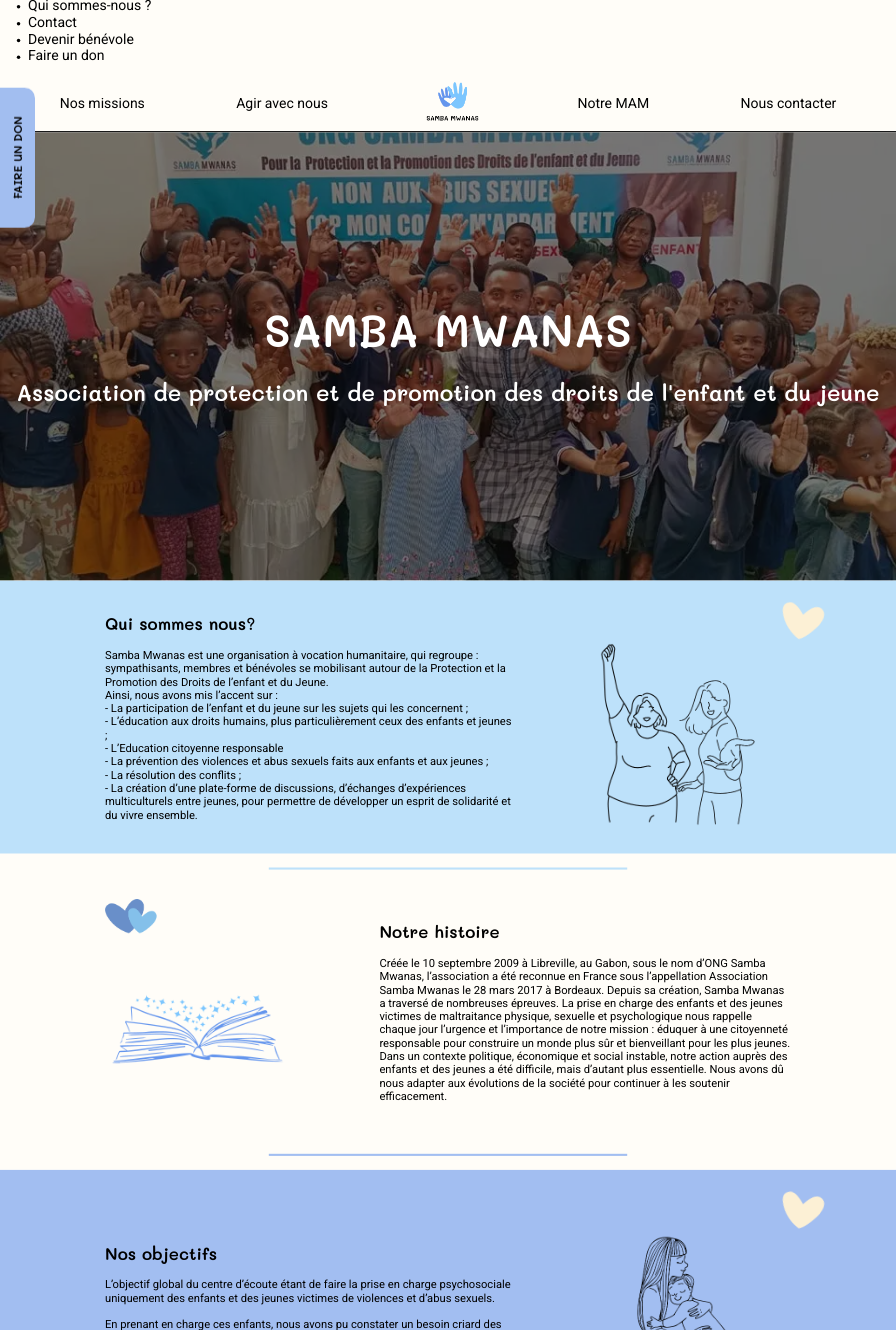
Repository: Danie-lDasilva/Samba-Mwanas
Page: index.html
An editor plug-in stored every save of this project. The page is shown before and after the next save, followed by the edit.
The browser window is 1280 px wide. The pictures show the part of the page from y = 325 to 2225 px (the page is 3750 px tall), at 70% of full size.
A picture or video elsewhere on the page could not be fetched, so the positions and the page height are approximate.

Above is the page before, as saved 2025-03-07 13:29:29.

### index.html
<!DOCTYPE html>
<html lang="fr">
<head>
    <meta charset="UTF-8">
    <meta name="viewport" content="width=device-width, initial-scale=1.0">
    <title>Accueil Samba Mwanas</title>

    <link rel="preconnect" href="https://fonts.googleapis.com">
    <link rel="preconnect" href="https://fonts.gstatic.com" crossorigin>
    <link href="https://fonts.googleapis.com/css2?family=Mali:wght@600&family=Roboto:ital,wdth@0,75;1,75&display=swap" rel="stylesheet">

    <link rel="stylesheet" href="assets/css/style.css">
</head>
<body>
    <div class="overlay--burger trigger"></div>
    <div class="menuBurger">
      <div class="menuBurger__img"><a href="index.html"><img src="./assets/Img/Logo_Variable.png" alt="logo"></a></div>
      <ul>
        <li><a href="propos.html">Qui sommes-nous ?</a></li>
        <li><a href="contact.html">Contact</a></li>
        <li><a href="benevole.html">Devenir bénévole</a></li>
        <li><a href="don.html">Faire un don</a></li>
      </ul>
    </div>

    <header>
        <nav>
            <ul>
                <li>
                    <a href="Nos missions.html">Nos missions</a>
                </li>
                <li>
                    <a href="Agir avec nous.html">Agir avec nous</a>
                </li>
                <li class="Logo">
                    <a href="index.html">
                        <img src="assets/img/Fichier 2.png" alt="Logo Samba Mwanas, retour à l'accueil">
                    </a>
                </li>
                <li>
                    <a href="Notre MAM.html">Notre MAM</a>
                </li>
                <li>
                    <a href="Nous contacter.html">Nous contacter</a>
                </li>
            </ul>
        </nav>
    </header>

    <main>
        <div class="Landing">
            <picture>
                <source srcset="assets/img/438086985_481067970943014_8371549183684250909_n.webp" type="image/webp">
                <source srcset="assets/img/438086985_481067970943014_8371549183684250909_n.jpg" type="image/jpeg">
                <img src="assets/img/438086985_481067970943014_8371549183684250909_n.jpg" alt="Photo évènementiel de Samba Mwanas, enfants qui tendent la main">
            </picture>
            <h1 class="Samba">
                SAMBA MWANAS <br>
                <span>Association de protection et de promotion des droits de l'enfant et du jeune</span>
            </h1>
        </div>

        <section class="Infos">
            <article class="Art1">
                <div class="Texte">
                    <h2>
                        Qui sommes nous?
                    </h2>

                    <p>
                        Samba Mwanas est une organisation à vocation humanitaire, qui regroupe : sympathisants, membres et bénévoles se mobilisant autour de la Protection et la Promotion des Droits de l’enfant et du Jeune. <br>

                        Ainsi, nous avons mis l’accent sur : <br>
                        - La participation de l’enfant et du jeune sur les sujets qui les concernent ; <br>
                        - L’éducation aux droits humains, plus particulièrement ceux des enfants et jeunes ; <br>
                        - L’Education citoyenne responsable <br>
                        - La prévention des violences et abus sexuels faits aux enfants et aux jeunes ; <br>
                        - La résolution des conflits ; <br>
                        - La création d’une plate-forme de discussions, d’échanges d’expériences multiculturels entre jeunes, pour permettre de développer un esprit de solidarité et du vivre ensemble.
                    </p>
                </div>

                <div class="Illu">
                    <div class="ArtCoeur1">
                        <img src="assets/img/Fichier 3.png" alt="Illustration avec un coeur de couleur écru">
                    </div>

                    <div class="Illustrations">
                        <img src="assets/img/qui sommes nous 1.png" alt="Illustration, deux dames dont une qui tend la main">
                    </div>
                </div>
            </article>

            <hr class="HR1">

            <article class="Art2">
                <div class="Illu">
                    <div class="ArtCoeur2">
                        <img src="assets/img/Fichier 10.png" alt="Illustration avec deux coeurs bleu">
                    </div>

                    <div class="Illustrations Liv">
                        <img src="assets/img/notre histoire.png" alt="Illustration, livre avec des étoiles">
                    </div>
                </div>

                <div class="Texte">
                    <h2>
                        Notre histoire
                    </h2>

                    <p>
                        Créée le 10 septembre 2009 à Libreville, au Gabon, sous le nom d’ONG Samba Mwanas, l’association a été reconnue en France sous l’appellation Association Samba Mwanas le 28 mars 2017 à Bordeaux.

                        Depuis sa création, Samba Mwanas a traversé de nombreuses épreuves. La prise en charge des enfants et des jeunes victimes de maltraitance physique, sexuelle et psychologique nous rappelle chaque jour l’urgence et l’importance de notre mission : éduquer à une citoyenneté responsable pour construire un monde plus sûr et bienveillant pour les plus jeunes. <br>
                        Dans un contexte politique, économique et social instable, notre action auprès des enfants et des jeunes a été difficile, mais d’autant plus essentielle. Nous avons dû nous adapter aux évolutions de la société pour continuer à les soutenir efficacement.
                    </p>
                </div>
            </article>

            <hr class="HR2">

            <article class="Art3">
                <div class="Texte">
                    <h2>
                        Nos objectifs
                    </h2>

                    <p>
                        L’objectif global du centre d’écoute étant de faire la prise en charge psychosociale uniquement des enfants et des jeunes victimes de violences et d’abus sexuels. <br>
                        <br>
                        En prenant en charge ces enfants, nous avons pu constater un besoin criard des structures d’accueil du jour: Une case de communication dénommée (CASECOM) dans chaque province. Un endroit où tous les enfants sans discrimination pourraient s’exprimer en toute sécurité avec les pairs éducateurs formées.
                    </p>
                </div>

                <div class="Illu">
                    <div class="ArtCoeur1">
                        <img src="assets/img/Fichier 3.png" alt="Illustration avec un coeur de couleur écru">
                    </div>

                    <div class="Illustrations Liv">
                        <img src="assets/img/notre objectif.png" alt="Illustration, avec une dame qui fait un calin à un enfant">
                    </div>
                </div>
            </article>
        </section>

        <section class="NotreEquipe">
            <h2>Notre équipe</h2>
            <div class="Ligne">
                <div class="Personne">
                    <div class="Photo">
                        <img src="assets/img/Hortense.jpg" alt="Photo de Hortense NNAME">
                    </div>
                    <strong>Hortense NNAME</strong>
                    <p>Présidente</p>
                </div>
                <div class="Personne">
                    <div class="Photo">
                        <img src="assets/img/Gertrude.jpg" alt="Photo de Gertrude TAMINI">
                    </div>
                    <strong>Gertrude TAMINI</strong>
                    <p>Directrice de la MAM</p>
                </div>
                <div class="Personne">
                    <div class="Photo">
                        <img src="assets/img/Mélanie.jpg" alt="Photo de Mélanie MBADINGA" class="MBADINGA">
                    </div>
                    <strong>Mélanie MBADINGA</strong>
                    <p>Experte en droit de l'enfant</p>
                </div>
                <div class="Personne">
                    <div class="Photo">
                        <img src="assets/img/Rudy.jpg" alt="Photo de Rudy DESTANQUE">
                    </div>
                    <strong>Rudy DESTANQUE</strong>
                    <p>Responsable communication</p>
                </div>
                <div class="Personne">
                    <div class="Photo">
                        <img src="assets/img/Nels.jpg" alt="Photo de Nels BOUCKAT" class="Nels">
                    </div>
                    <strong>Nels BOUCKAT</strong>
                    <p>Charge évènementiel et logistique</p>
                </div>
                <div class="Personne">
                    <div class="Photo">
                        <img src="assets/img/Rita.jpg" alt="Photo de Rita ABOGHE">
                    </div>
                    <strong>Rita ABOGHE</strong>
                    <p>Chargée de communication - Gabon</p>
                </div>
                <div class="Personne">
                    <div class="Photo">
                        <img src="assets/img/Antinea.jpg" alt="Photo de Antinea ZADJEKANI" class="Antinea">
                    </div>
                    <strong>Antinea ZADJEKANI</strong>
                    <p>Chargée de formation</p>
                </div>
                <div class="Personne">
                    <div class="Photo">
                        <img src="assets/img/Dorisse.jpg" alt="Photo de Dorisse NYARE" class="Dorisse">
                    </div>
                    <strong>Dorisse NYARE</strong>
                    <p>Assitante maternelle à la MAM</p>
                </div>
            </div>
        </section>

        <div id="Don" class="Don">
            <a href="https://www.helloasso.com/associations/association-samba-mwanas/formulaires/1" target="_blank">FAIRE UN DON</a>
        </div>
    </main>

    <footer>
        <div class="Footer">

        <div class="FooterInfos">
            <div class="Lien">
                <p class="titre">
                    Navigation
                </p>

                <nav class="InfoMarge">
                    <ul>
                        <li>
                            <a href="Nos missions.html">Nos missions</a>
                        </li>

                        <li>
                            <a href="Agir avec nous.html">Agir avec nous</a>
                        </li>

                        <li>
                            <a href="Notre MAM.html">Notre MAM</a>
                        </li>

                        <li>
                            <a href="Nous contacter.html">Nous contacter</a>
                        </li>
                    </ul>
                </nav>
            </div>

            <div class="Lien">
                <p class="titre">
                    Informations
                </p>

                <nav>
                    <ul>
                        <li>
                            <a href="Politique de confidentialité.html">Politique de confidentialité</a>
                        </li>

                        <li>
                            <a href="Plan du site.html">Plan du site</a>
                        </li>

                        <li>
                            <a href="Mentions légales.html">Mentions légales</a>
                        </li>
                    </ul>
                </nav>
            </div>
        </div>

        <div class="FooterCentre">
            <div class="FooterDon">
                <a href="https://www.helloasso.com/associations/association-samba-mwanas/formulaires/1" target="_blank">Faire un don</a>
            </div>

            <a href="index.html" class="FooterLogo" target="_blank">
                <img src="assets/img/LOGO_Logo principal.svg" alt="Logo Samba Mwanas, Retour à l'acceuil">
            </a>
        </div>

        <div class="FooterInfos">
            <nav class="FooterRéseaux">
                <ul>
                    <li>
                        <a href="https://www.facebook.com/Sambamwanas?locale=fr_FR" target="_blank">
                            <img src="assets/img/facebook.png" alt="Logo facebook, Lien vers le facebook de Samba Mwanas">
                        </a>
                    </li>

                    <li>
                        <a href="https://www.instagram.com/ongsambamwanas/" target="_blank">
                            <img src="assets/img/instagram.png" alt="Logo instagram, Lien vers la page instagram de Samba Mwanas">
                        </a>
                    </li>

                    <li>
                        <a href="https://www.tiktok.com/@ong.samba.mwanas" target="_blank">
                            <img src="assets/img/tik-tok.png" alt="Logo tiktok, Lien vers la page Tiktok de Samba Mwanas">
                        </a>
                    </li>
                </ul>
            </nav>

            <p>
                ong.sambamwanas@gmail.com
            </p>


            <div class="FooterContact">
                <div>
                    <img src="assets/img/france.png" alt="Drapeau de France" class="FooterDrapeau">
                </div>

                <div>
                    <p>
                        07 53 14 03 90
                    </p>

                    <p>
                        3 Rue de la Rosière, <br>
                        Bâtiment C, Appartement 9 <br>
                        33320 Eysines
                    </p>
                </div>
            </div>

            <div class="FooterContact">
                <div>
                    <img src="assets/img/gabon.png" alt="Drapeau du gabon" class="FooterDrapeau">
                </div>

                <div>
                    <p>
                        +241 07 56 07 59
                    </p>

                    <p>
                        Quartier PK12, BP 5704 Libreville, <br>
                        Gabon

                    </p>
                </div>
            </div>
        </div>

    </div>
    </footer>
</body>
</html>

Loaded but not shown: assets/css/style.css (774 lines, source omitted)

After the next save:
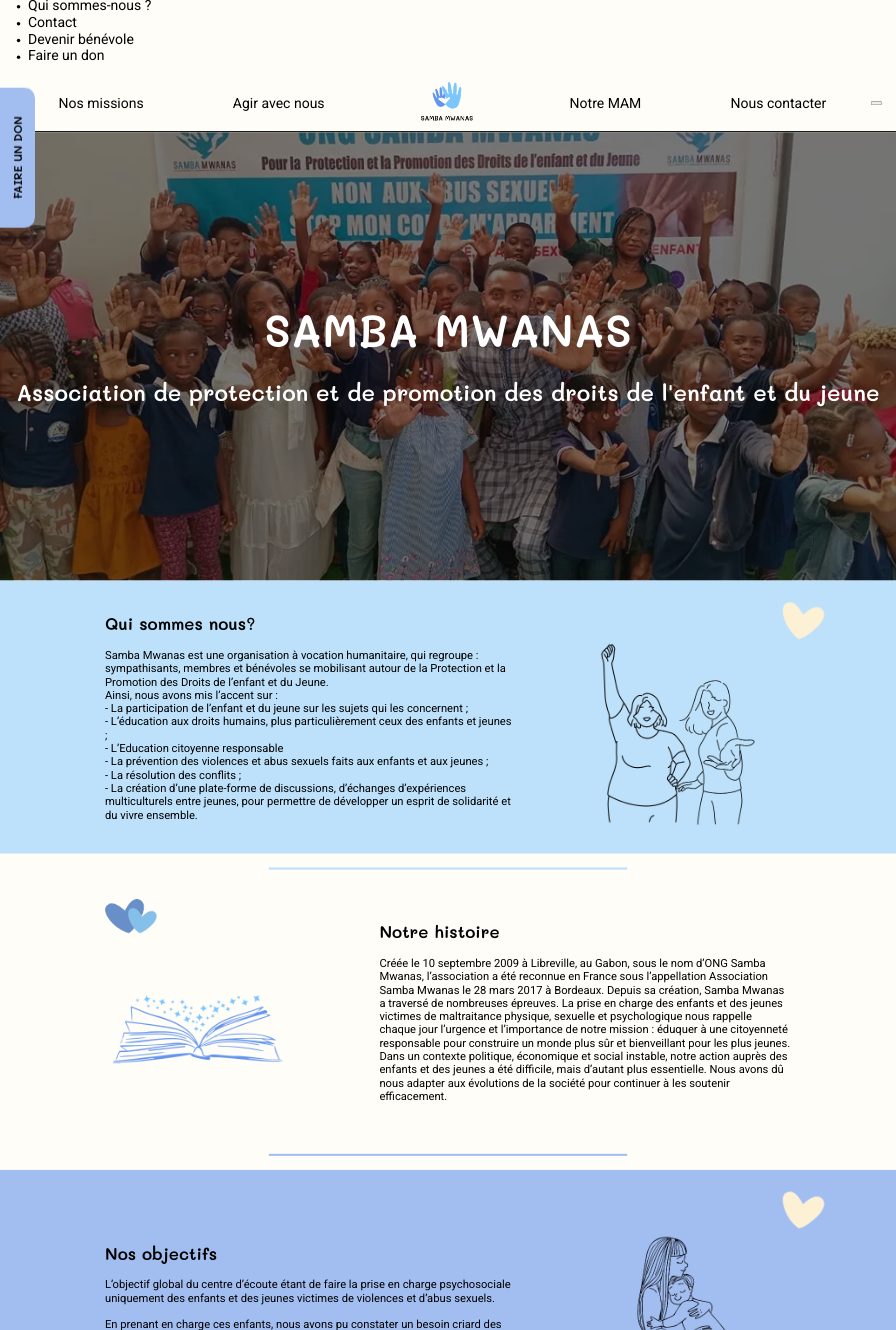
Saved 18 s later.
--- a/index.html
+++ b/index.html
@@ -45,6 +45,12 @@
                 </li>
             </ul>
         </nav>
+
+        <button type="button" aria-label="toggle curtain navigation"  class="burger--toggler">
+            <span class="l1"></span>
+            <span class="l2"></span>
+            <span class="l3"></span>
+          </button>
     </header>
 
     <main>
